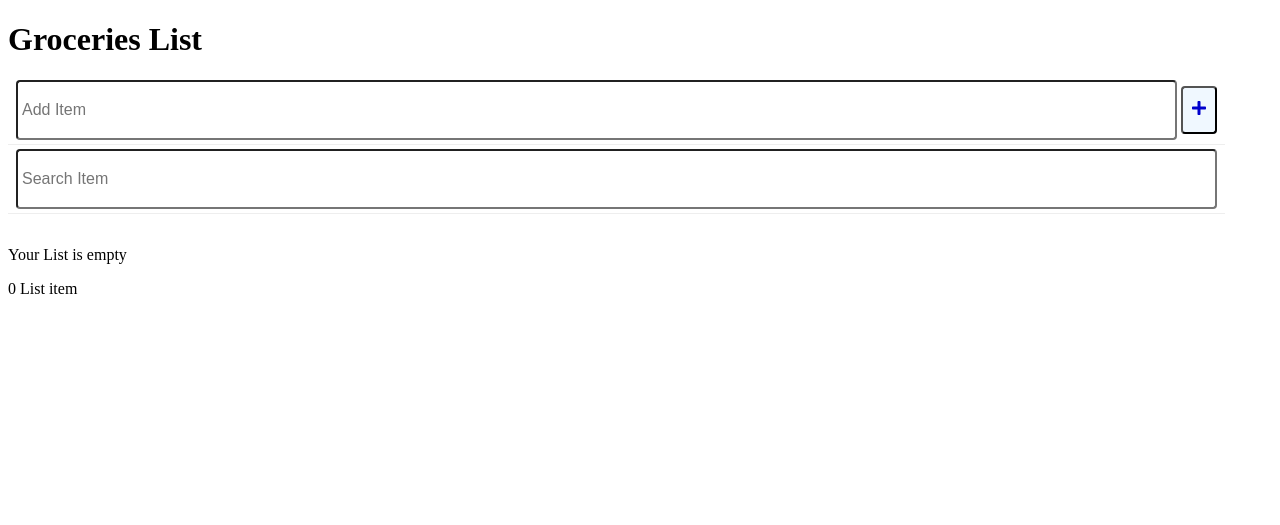
Repository: akinmiday/react-series
Page: /
These files come from the project's save history. The page is drawn as it stood at one moment and after the next save; the edit follows.
The browser window is 1280 px wide. The pictures show the whole page.
The project was rebuilt for these pictures with package versions that can differ from the ones it lists, and the page was loaded fresh each time. Requests to the local data server were answered from the project's data file. Also part of the build but not shown: vite.config.js, src/index.css.

Above is the page before, as saved 2023-08-22 14:53:17.

After the next save:
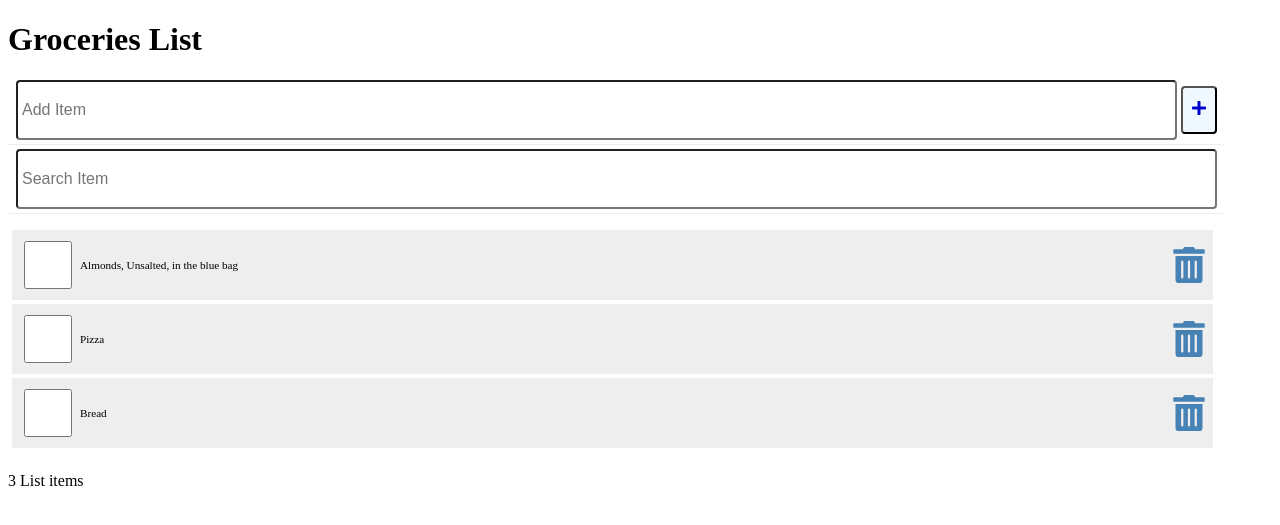
Saved 6 s later.
--- a/src/App.jsx
+++ b/src/App.jsx
@@ -28,7 +28,7 @@ const App = () => {
       }
     }
 
-    (async () => await fetchItems())
+    (async () => await fetchItems())()
   }, [])
 
 
